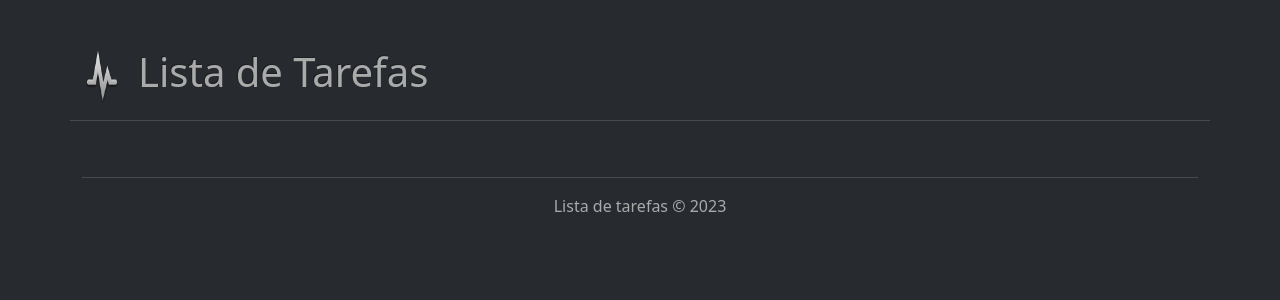
Repository: cargugati/lista_tarefas
Page: frontEnd/new_task.html
The author's editor kept a copy of each file at every save. The page is drawn from the files as they stood at one save, then again after the next save.
The browser window is 1280 px wide. The pictures show the whole page.

Above is the page before, as saved 2023-03-30 10:29:30.

### frontEnd/new_task.html
<!DOCTYPE html>
<html lang="pt-br">

<head>
  <meta charset="UTF-8">
  <meta http-equiv="X-UA-Compatible" content="IE=edge">
  <meta name="viewport" content="width=device-width, initial-scale=1.0">
  <title>Lista de Tarefas</title>
  <link rel="stylesheet" href="./assets/css/bootstrap.min.css">
  <link rel="stylesheet" href="./assets/fontawesome/css/all.min.css">
  <link rel="shortcut icon" href="./assets/images/favicon.png" type="image/png">
</head>

<body>
  <div class="container my-5">

    <!-- cabeçalho -->
    <div class="row mb-4">
      <div class="col">
        <div class="d-flex justify-content-start">
          <img src="./assets/images/favicon.png" alt="Logo" class="img-fluid me-3" width="40px">
          <h1>Lista de Tarefas</h1>
        </div>

      </div>

      <hr class="my-3">
    </div>

    <!-- espaço para criar nova tarefa -->
    <!--
    bd_tasks

    users
    - id -> uint auto PK
    - username -> varchar(50) NULL
    - passwrd -> varchar(100) NULL
    - created_at -> datetime NULL
    - updated_at -> datetime NULL

    tasks
    - id -> uint auto PK
    - id_user -> uint FK
    - task_text -> varchar(100) NULL
    - task_status -> varchar(30) NULL -> (new | in progress | canceled | done)
    - created_at
    - updated_at

-->






    <!-- footer -->
    <div class="row mt-3">
      <div class="col text-center">
        <hr>
        <p>Lista de tarefas &copy; 2023</p>
      </div>
    </div>


  </div>

  <script src="./assets/js/bootstrap.bundle.min.js"></script>
</body>

</html>

Loaded but not shown: frontEnd/assets/css/bootstrap.min.css (library); frontEnd/assets/fontawesome/css/all.min.css (library); frontEnd/assets/js/bootstrap.bundle.min.js (library)

After the next save:
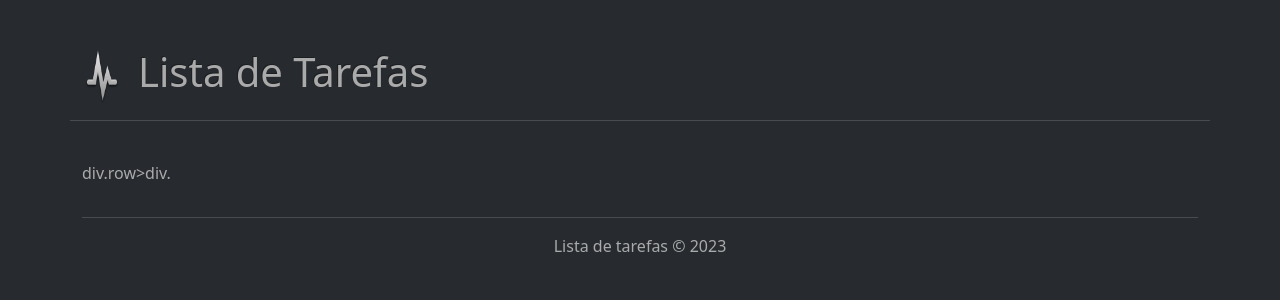
Saved 2 min 30 s later.
--- a/frontEnd/new_task.html
+++ b/frontEnd/new_task.html
@@ -28,7 +28,9 @@
     </div>
 
     <!-- espaço para criar nova tarefa -->
-    <!--
+    div.row>div.
+
+    <!-- dados para o banco de dados
     bd_tasks
 
     users
